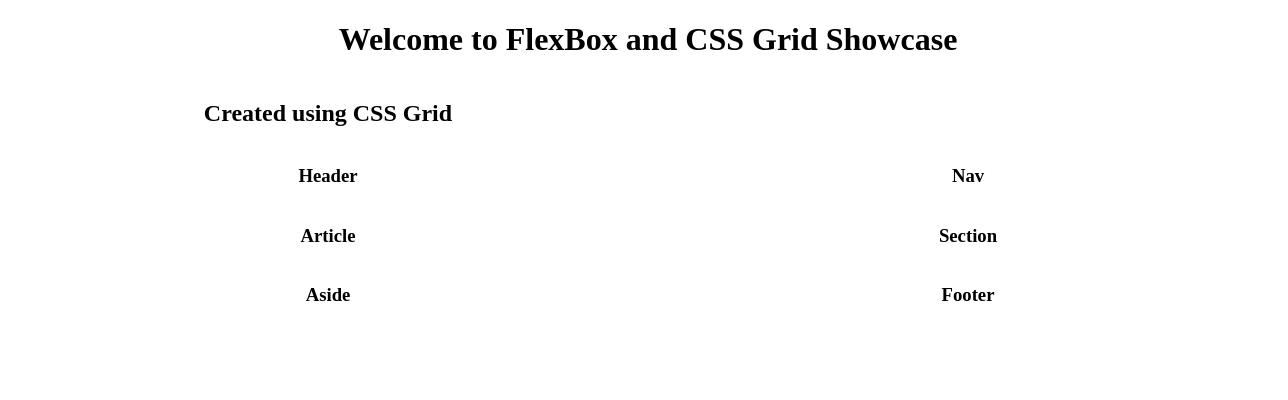
Repository: Awhit-commits/CSS_GRID_AND_FLEXBOX_LESSON
Page: index.html
These files come from the project's save history. The page is drawn as it stood at one moment and after the next save; the edit follows.
The browser window is 1280 px wide. The page is 1288 px wide, so the pictures cover 1288 px, including what lies to the right of the window. The pictures show the whole page.

Above is the page before, as saved 2020-12-21 19:30:20.

### index.html
<!DOCTYPE html>
<html lang="en">

<head>
    <meta charset="UTF-8">
    <meta name="viewport" content="width=device-width, initial-scale=1.0">
    <title>Document</title>
    <link rel="stylesheet" href="style.css">
</head>

<body>
    <h1>Welcome to FlexBox and CSS Grid Showcase</h1>

    <!-- <div class="containerFlex">
        <h2>Created using FlexBox</h2>
        <div class="headerArea">
            <div class="header">
                <h3>header</h3>

            </div>
            <div class="nav">
                <h3>nav</h3>
            </div>
        </div>
        <div class="main">
            <div class="mainArea">
            <div class="section">
                <h3>section</h3>
            </div>
            <div class="article">
                <h3>article</h3>
            </div>
            </div>

            <div class="aside">
                <h3>aside</h3>
            </div>
        </div>
        <div class="footer">
            <h3>footer</h3>
        </div>
    </div> -->

    <div class="containerGrid">
        <h2>Created using CSS Grid</h2>
        <div class="header">
            <h3>Header</h3>

        </div>
        <div class="nav">
            <h3>Nav</h3>
        </div>
        <div class="article">
            <h3>Article</h3>
        </div>
        <div class="section">
            <h3>Section</h3>
        </div>
        <div class="aside">
            <h3>Aside</h3>
        </div>
        <div class="footer">
            <h3>Footer</h3>
        </div>

    </div>
    <script src="script.js"></script>
</body>

</html>

### style.css
body {
    width: 100%;
    text-align: center;
}
/* Using Flexbox */
/* .containerFlex {
    display: flex;
    flex-direction: column;


}

.main {

    display: flex;
    flex-direction: row;




}

.mainArea {
    display: flex;
    flex-direction: column;
    width: 100%;



}

.header {

    padding: 1% 0;
    margin-top: 10%;
    border: 1px solid red;

}

.nav {

    margin: 5% 0;
    padding: 1% 0;
    border: 1px solid blue;

}

.article {
    border: 1px purple solid;
    width: 100%;
    padding: 5% 0;
}

.aside {


    align-items: center;

    margin: 0 5%;
    padding: 10% 0;
    border: 1px orange solid;
    width: 100%;


}

.section {
    width: 100%;
    border: 1px yellow solid;
    margin-bottom: 10%;
    padding: 5% 0;
}

.footer {


    padding: 10% 0;
    margin: 5% 0;
    border: 1px green solid;

} */

/* Using CSS Grid */
.containerGrid{
    display:grid;
    grid-template-columns: repeat(2,1fr);
}

.header{
    grid-column: 1;
}

.nav{
    gri
}

### script.js
console.log(`Hello World`);

After the next save:
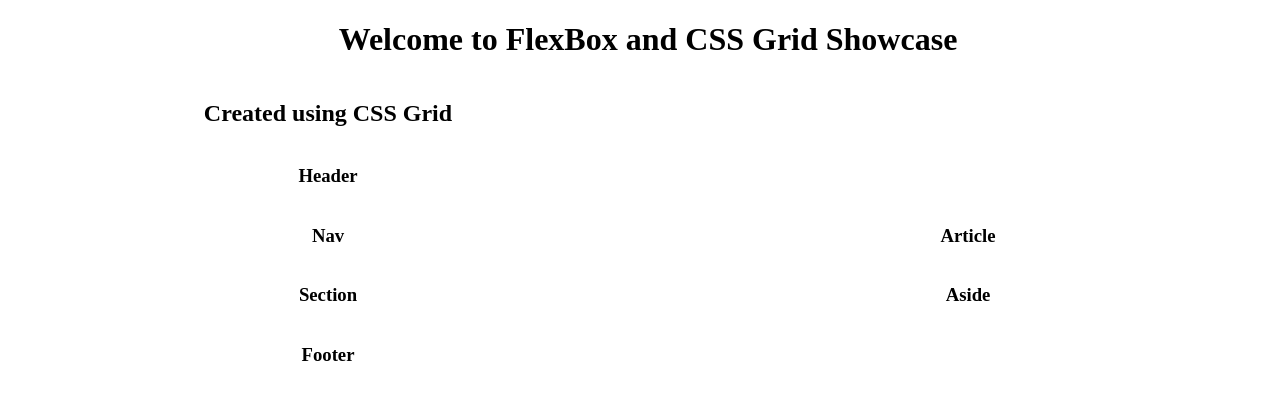
Saved 11 s later.
--- a/style.css
+++ b/style.css
@@ -91,5 +91,5 @@ body {
 }
 
 .nav{
-    gri
+    grid-column: 1;
 }
